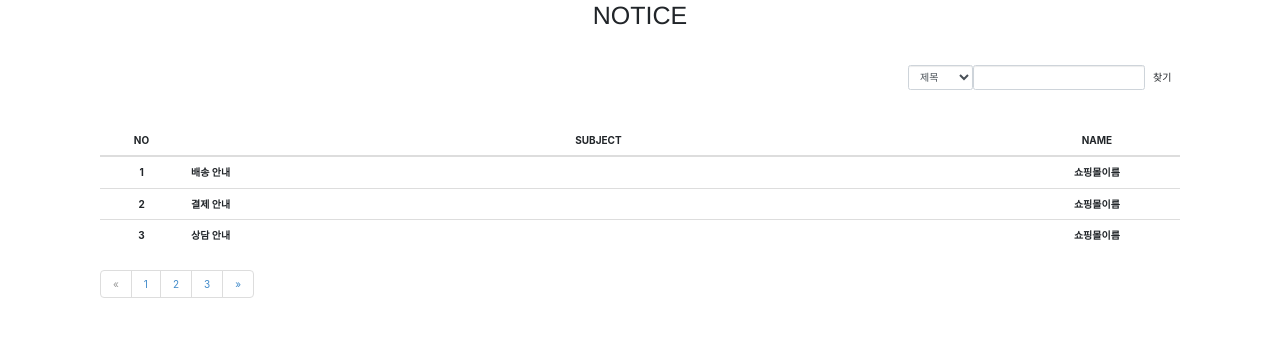
Repository: jaeeunzzang/sist_ShoppingMall
Page: http://localhost/web/notice.jsp
An editor plug-in stored every save of this project. The page is shown before and after a run of saves, followed by the edit.
The browser window is 1280 px wide. The pictures show the whole page.
Some web libraries are served in a nearby version. The page is served by Tomcat 9.

Above is the page before, as saved 2020-11-20 06:46:27.

After the next 2 saves:
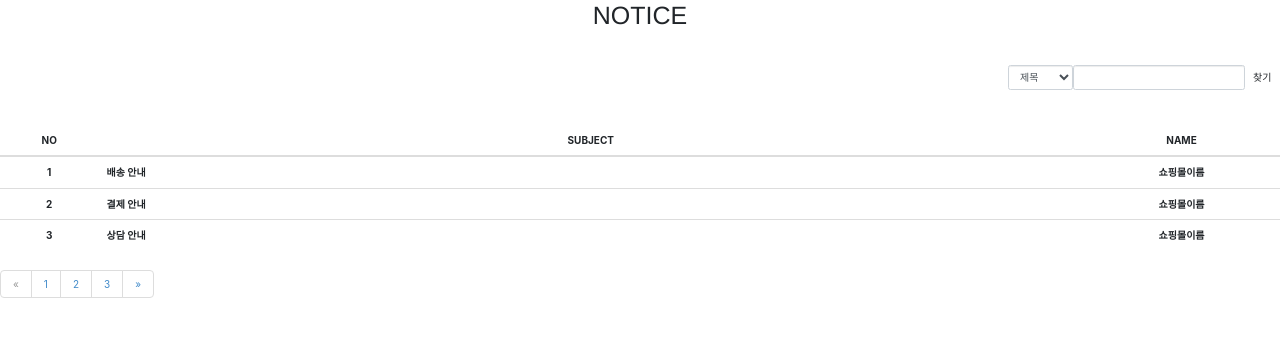
The 2 saves are shown as one change because they came seconds apart.
The last was saved 2 h 11 min later.
--- a/shop/web/src/main/webapp/notice.jsp
+++ b/shop/web/src/main/webapp/notice.jsp
@@ -10,12 +10,7 @@
 <link href="/web/css/kfonts2.css" rel="stylesheet">
 <!-- Bootstrap core CSS -->
 <link href="mainPage/vendor/bootstrap/css/bootstrap.min.css" rel="stylesheet">
-<style>
-#body {
-	padding-left: 100px;
-	padding-right: 100px;
-}
-</style>
+
 <script src="https://ajax.googleapis.com/ajax/libs/jquery/1.11.0/jquery.min.js"></script>
 <script src="/web/js/bootstrap.min.js"></script>
 <script src="https://code.jquery.com/jquery-3.5.1.min.js"></script>
@@ -27,68 +22,73 @@
 
 </head>
 <body>
-	<div id="body">
+	<div class="wrap">
+		<div class="mainWrap">
+			<div class="mainContents">
 
-		<h1 align="center">NOTICE</h1>
-		<br>
-		<br>
-		<form role="form" class="form-inline pull-right">
-			<select class="form-control">
-				<option>제목</option>
-				<option>내용</option>
-				<option>글쓴이</option>
-			</select> <input type="text" class="form-control input-s">
-			<button type="button" class="btn btn-default btn-s">찾기</button>
-		</form>
-		<br>
-		<br>
-		<br>
-		<br>
-		<table class="table table-hover">
-			<colgroup>
-				<col width="50" />
-				<col width="500" />
-				<col width="100" />
-			</colgroup>
-			<thead>
-				<tr>
-					<th class="text-center">NO</th>
-					<th class="text-center">SUBJECT</th>
-					<th class="text-center">NAME</th>
-				</tr>
-			</thead>
-			<tbody>
-				<tr>
-					<th class="text-center">1</th>
-					<th>배송 안내</th>
-					<th class="text-center">쇼핑몰이름</th>
-				</tr>
-				<tr>
-					<th class="text-center">2</th>
-					<th>결제 안내</th>
-					<th class="text-center">쇼핑몰이름</th>
-				</tr>
-				<tr>
-					<th class="text-center">3</th>
-					<th>상담 안내</th>
-					<th class="text-center">쇼핑몰이름</th>
-				</tr>
-			</tbody>
-		</table>
+				<h1 align="center">NOTICE</h1>
+				<br>
+				<br>
+				<form role="form" class="form-inline pull-right">
+					<select class="form-control">
+						<option>제목</option>
+						<option>내용</option>
+						<option>글쓴이</option>
+					</select> <input type="text" class="form-control input-s">
+					<button type="button" class="btn btn-default btn-s">찾기</button>
+				</form>
+				<br>
+				<br>
+				<br>
+				<br>
+				<table class="table table-hover">
+					<colgroup>
+						<col width="50" />
+						<col width="500" />
+						<col width="100" />
+					</colgroup>
+					<thead>
+						<tr>
+							<th class="text-center">NO</th>
+							<th class="text-center">SUBJECT</th>
+							<th class="text-center">NAME</th>
+						</tr>
+					</thead>
+					<tbody>
+						<tr>
+							<th class="text-center">1</th>
+							<th>배송 안내</th>
+							<th class="text-center">쇼핑몰이름</th>
+						</tr>
+						<tr>
+							<th class="text-center">2</th>
+							<th>결제 안내</th>
+							<th class="text-center">쇼핑몰이름</th>
+						</tr>
+						<tr>
+							<th class="text-center">3</th>
+							<th>상담 안내</th>
+							<th class="text-center">쇼핑몰이름</th>
+						</tr>
+					</tbody>
+				</table>
 
-		<div class="text-center">
-			<ul class="pagination">
-				<li class="disabled"><a href="#">
-						<span>«</span>
-					</a></li>
-				<li><a href="#">1</a></li>
-				<li><a href="#">2</a></li>
-				<li><a href="#">3</a></li>
-				<li><a href="#">
-						<span>»</span>
-					</a></li>
-			</ul>
+				<div class="text-center">
+					<ul class="pagination">
+						<li class="disabled"><a href="#">
+								<span>«</span>
+							</a></li>
+						<li><a href="#">1</a></li>
+						<li><a href="#">2</a></li>
+						<li><a href="#">3</a></li>
+						<li><a href="#">
+								<span>»</span>
+							</a></li>
+					</ul>
+				</div>
+			</div>
 		</div>
 	</div>
+
 </body>
 </html>
